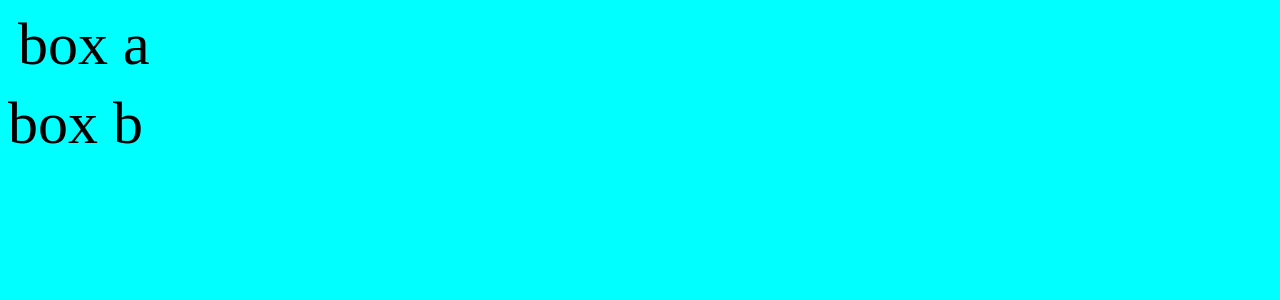
Repository: asifdotpy/testing-html-and-css
Page: index.html
An editor plug-in stored every save of this project. The page is shown before and after the next save, followed by the edit.
The browser window is 1280 px wide. The pictures show the whole page.

Above is the page before, as saved 2021-02-14 00:22:46.

### index.html
<!DOCTYPE html>
<html lang="en">
<head>
  <title>Bootstrap Example</title>
  <meta charset="utf-8">
  <meta name="viewport" content="width=device-width, initial-scale=1">
  <link rel="stylesheet" href="main.css">
</head>
<body>
      <div class="a">box a</div>
      <div class="b">box b</div>
</body>
</html>

### main.css
* {
    background-color: aqua;
}

div.a {
    font-size: 60px;
    margin: 10px 10px ;
}

div.b {
    font-size: 60px;
}

After the next save:
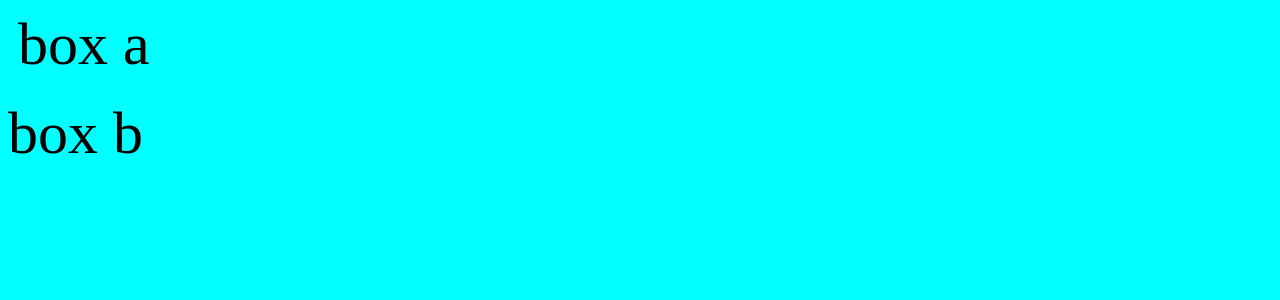
Saved 5 s later.
--- a/main.css
+++ b/main.css
@@ -4,7 +4,7 @@
 
 div.a {
     font-size: 60px;
-    margin: 10px 10px ;
+    margin: 10px 10px 20px;
 }
 
 div.b {
